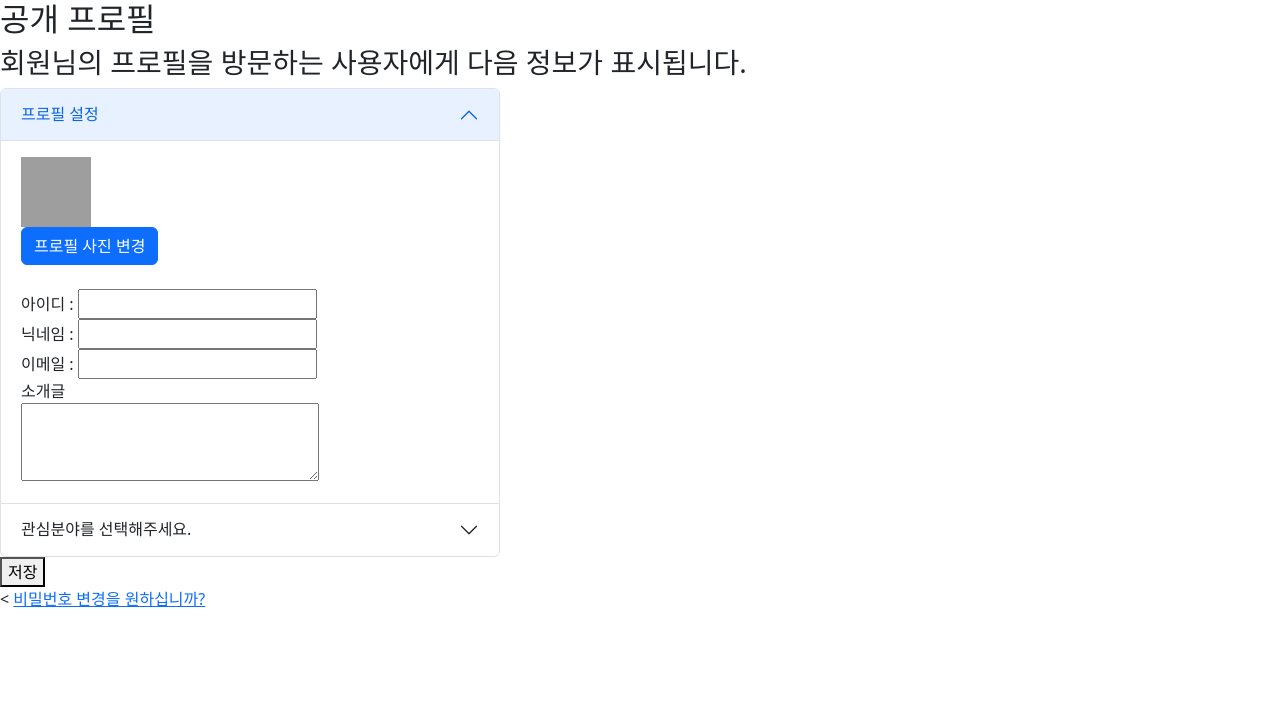
Repository: novemberjj/projects
Page: http://localhost/markup/WEB-INF/views/user/modify.jsp
These files come from the project's save history. The page is drawn as it stood at one moment and after the next save; the edit follows.
The browser window is 1280 px wide. The pictures show the whole page.
Pictures or frames that could not be fetched are drawn as grey boxes. Some web fonts or font styles are not loaded; a fallback is used. The page is served by Tomcat 9. Nobody is signed in. Other server files are loaded and not shown. The template is opened directly, without the code that normally fills it, so the values that code supplies are empty.

Above is the page before, as saved 2023-07-19 05:50:42.

### project2/_spring_team8/_spring_team8/markup/src/main/webapp/WEB-INF/views/user/modify.jsp
<%@ page language="java" contentType="text/html; charset=UTF-8" pageEncoding="UTF-8"%>
<!DOCTYPE html>
<html>
<head>
<meta charset="UTF-8">
<title>Insert title here</title>
<link href="https://cdn.jsdelivr.net/npm/bootstrap@5.2.3/dist/css/bootstrap.min.css" rel="stylesheet"
	integrity="sha384-rbsA2VBKQhggwzxH7pPCaAqO46MgnOM80zW1RWuH61DGLwZJEdK2Kadq2F9CUG65" crossorigin="anonymous">
<link rel="stylesheet" href="https://fonts.googleapis.com/css2?family=Material+Symbols+Outlined:opsz,wght,FILL,GRAD@48,400,0,0" />
</head>
<body>

<script
	src="https://cdn.jsdelivr.net/npm/bootstrap@5.2.3/dist/js/bootstrap.bundle.min.js"
	integrity="sha384-kenU1KFdBIe4zVF0s0G1M5b4hcpxyD9F7jL+jjXkk+Q2h455rYXK/7HAuoJl+0I4"
	crossorigin="anonymous"></script>
<div class="joinbox">
<h2>공개 프로필</h2>
<h3>회원님의 프로필을 방문하는 사용자에게 다음 정보가 표시됩니다.</h3>
<form action="/member/modify" method="post" enctype="multipart/form-data">
	<div style="width: 500px;">
		<div class="accordion" id="accordionPanelsStayOpenExample">
			<div class="accordion-item">
				<h2 class="accordion-header" id="panelsStayOpen-headingOne">
					<button class="accordion-button" type="button" data-bs-toggle="collapse"
						data-bs-target="#panelsStayOpen-collapseOne" aria-expanded="true"
						aria-controls="panelsStayOpen-collapseOne">프로필 설정</button>
				</h2>
				<div id="panelsStayOpen-collapseOne" class="accordion-collapse collapse show"
					aria-labelledby="panelsStayOpen-headingOne">
					<div class="accordion-body">
					    <!-- Modal -->
					    <div class="modal fade hidePrevented.bs.modal" id="staticBackdrop" data-bs-backdrop="static" data-bs-keyboard="false" tabindex="-1" aria-labelledby="staticBackdropLabel" aria-hidden="true">
					        <div class="modal-dialog modal-dialog-centered">
					            <div class="modal-content">
					                <div class="modal-header">
					                    <h1 class="modal-title fs-5" id="staticBackdropLabel">프로필 사진 변경</h1>
					                    <button type="button" class="btn-close" data-bs-dismiss="modal" aria-label="Close"></button>
					                </div>
					                <div class="modal-body">
					                    <div id="choiceImg">
					                        <img class="profile_img" src="/resources/images/profile/zombie.png" style="width: 70px; height: 70px" onclick="showPreview('/resources/images/profile/zombie.png')">
					                        <img class="profile_img" src="/resources/images/profile/villager.png" style="width: 70px; height: 70px" onclick="showPreview('/resources/images/profile/villager.png')">
					                        <img class="profile_img" src="/resources/images/profile/enderman.jpg" style="width: 70px; height: 70px" onclick="showPreview('/resources/images/profile/enderman.jpg')">
					                        <img class="profile_img" src="/resources/images/profile/pig.jpg" style="width: 70px; height: 70px" onclick="showPreview('/resources/images/profile/pig.jpg')">
					                        <img class="profile_img" src="/resources/images/profile/steve.jpg" style="width: 70px; height: 70px" onclick="showPreview('/resources/images/profile/steve.jpg')">
					                        <img id="mypic" src="/resources/images/profile/mypic.PNG" alt="Preview" style="width: 70px; height: 70px">
					                        <input type="file" name="img" id="file" accept="image/png, image/jpg, image/jpeg, image/bmp, image/gif" style="display: none" onchange="previewImage(this)">
					                    </div>
					                </div>
					            </div>
					        </div>
					    </div>
					    <img alt="" src="/upload/profile/${uvo.imgFile }" style="width: 70px; height: 70px;" id="preview"> <br>
					    <!-- Button trigger modal -->
					    <button type="button" class="btn btn-primary" data-bs-toggle="modal" data-bs-target="#staticBackdrop" id="close">프로필 사진 변경</button>
					    <div id="previewbox"></div>
					    <input type="file" name="img" style="display: none"> <br>
					    아이디 : <input type="text" name="id" value="${uvo.id }" readonly="readonly"> <br>
					    닉네임 : <input type="text" name="name" value="${uvo.name }"> <br>
					    이메일 : <input type="email" name="email" value="${uvo.email }"> <br>
					    소개글 <br>
					    <textarea rows="3" cols="30" name="ucontent">${uvo.ucontent }</textarea>
					</div>

				</div>
			</div>
			<div class="accordion-item">
				<h2 class="accordion-header" id="panelsStayOpen-headingTwo">
					<button class="accordion-button collapsed" type="button"
						data-bs-toggle="collapse"
						data-bs-target="#panelsStayOpen-collapseTwo" aria-expanded="false"
						aria-controls="panelsStayOpen-collapseTwo">관심분야를 선택해주세요.</button>
				</h2>
				<div id="panelsStayOpen-collapseTwo" class="accordion-collapse collapse" aria-labelledby="panelsStayOpen-headingTwo">
				    <div class="accordion-body">
				        <input type="checkbox" value="광물" name="utag" ${uvo.utag.contains("광물") ? "checked" : ""}>광물
				        <input type="checkbox" value="pvp" name="utag" ${uvo.utag.contains("pvp") ? "checked" : ""}>pvp
				        <input type="checkbox" value="야생" name="utag" ${uvo.utag.contains("야생") ? "checked" : ""}>야생
				        <input type="checkbox" value="건축" name="utag" ${uvo.utag.contains("건축") ? "checked" : ""}>건축
				        <input type="checkbox" value="모드" name="utag" ${uvo.utag.contains("모드") ? "checked" : ""}>모드
				        <br>
				        <input type="checkbox" value="플러그인" name="utag" ${uvo.utag.contains("플러그인") ? "checked" : ""}>플러그인
				        <input type="checkbox" value="스킨" name="utag" ${uvo.utag.contains("스킨") ? "checked" : ""}>스킨
				        <input type="checkbox" value="텍스쳐팩" name="utag" ${uvo.utag.contains("텍스쳐팩") ? "checked" : ""}>텍스쳐팩
				        <input type="checkbox" value="쉐이더" name="utag" ${uvo.utag.contains("쉐이더") ? "checked" : ""}>쉐이더
				        <input type="checkbox" value="귀여운 사진" name="utag" ${uvo.utag.contains("귀여운 사진") ? "checked" : ""}>귀여운 사진
				    </div>
				</div>
			</div>
		</div>
	</div>

<button type="submit">저장</button>
</form>
</div>

<<div class="modal fade hidePrevented.bs.modal" id="exampleModal" data-bs-backdrop="static" tabindex="-1" aria-labelledby="exampleModalLabel" aria-hidden="true">
    <div class="modal-dialog">
        <div class="modal-content">
            <div class="modal-header">
                <h1 class="modal-title fs-5" id="exampleModalLabel">비밀번호 변경</h1>
                <button type="button" class="btn-close" data-bs-dismiss="modal" aria-label="Close"></button>
            </div>
            <div class="modal-body">
                <form>
                    <div class="mb-3">
                        <label for="recipient-name" class="col-form-label">기존 비밀번호를 입력해주세요.</label>
                        <input type="hidden" value="${ses.id }" name="id" id="id"> <br>
                        <input type="password" class="form-control" id="oldPw">
                        <button type="button" id="checkBtn">확인</button>
                        <span id="resultMent"></span>
                    </div>
                </form>
            </div>
        </div>
    </div>
</div>


<a href="#" data-bs-toggle="modal" data-bs-target="#exampleModal" data-bs-whatever="@mdo">비밀번호 변경을 원하십니까?</a>

<script type="text/javascript" src="/resources/js/user/userModify.js"></script>

</body>
</html>

### project2/_spring_team8/_spring_team8/markup/src/main/webapp/resources/js/user/userModify.js
async function pwcheckToServer(userData){
try{
    console.log(userData);
    const url='/member/certify';
    const config={
        method:'post',
        headers:{
            'content-type':'application/json; charset=utf-8'
        },
        body:JSON.stringify(userData)
    };
    const resp=await fetch(url, config);
    const result=await resp.text();
    return result;
}catch(err){
    console.log(err);
}
}

document.getElementById('checkBtn').addEventListener('click',()=>{
    userData={
        id: document.getElementById('id').value,
        pw: document.getElementById('oldPw').value

    }
    console.log(userData.id, userData.pw);
    pwcheckToServer(userData).then(result=>{
        if(result>0){
            let li=`<ul><li><span class="material-symbols-outlined">check</span> 비밀번호가 확인되었습니다.</li>`;
            li+=`<li>변경할 비밀번호를 입력해주세요.</li>`;
            li +=`<li id="pwMent"><input type="password" id="newPw" class="form-control newPw"><span id="spanment"></span></li>`;
            li +=`<li>비밀번호 재확인 <input type="password" id="pwCheck" class="form-control pwCheck"><span id="checkment"></span></li>`;
            li+=`<button type="button" class="changeBtn" disabled="disabled">변경</button></li></ul>`;
            document.getElementById('resultMent').innerHTML=li;
        }else{
            document.getElementById('resultMent').innerHTML=`비밀번호가 맞지않습니다.`;
        }
    })
})


// 이벤트 위임: 상위 요소에 이벤트를 등록하고 동적으로 생성된 요소에서 실제 이벤트 처리
// document.getElementById('resultMent').addEventListener('input', function(event) {
//     if (event.target.id === 'newPw') {
//       const password = event.target.value;
//       const regex = /^(?=.*[A-Za-z])(?=.*\d)(?=.*[!@#$%^*+=-])[A-Za-z\d!@#$%^*+=-]{8,}$/;

//       if (regex.test(password)) {
//         // 비밀번호가 조건을 충족할 경우 실행할 코드
//         document.getElementById('spanment').innerText='';
//       } else {
//         document.getElementById('spanment').innerText= '비밀번호는 영어, 숫자, 특수문자(!,@,#,$,%,^,*,+,=,-)를 포함한 8자 이상이어야 합니다.';
//       }
//     }
//     if(event.target.id==='pwCheck'){
//       const password=event.target.value;
//       const newPw=

//     }
//   });

let isNewPw; // 값을 저장할 변수

document.addEventListener('input', (e) => {
  document.querySelector('.changeBtn').disabled=true;
  if (e.target.classList.contains('newPw')) {
    const password = e.target.value;
    const regex = /^(?=.*[A-Za-z])(?=.*\d)(?=.*[!@#$%^*+=-])[A-Za-z\d!@#$%^*+=-]{8,}$/;

    if (regex.test(password)) {
      isNewPw = password; // 조건을 충족하는 경우 변수에 값을 저장
      document.getElementById('spanment').innerText = '';
    } else {
      document.getElementById('spanment').innerText = '비밀번호는 영어, 숫자, 특수문자(!,@,#,$,%,^,*,+,=,-)를 포함한 8자 이상이어야 합니다.';
    }
  }

  if (e.target.classList.contains('pwCheck')) {
    const checkpassword = e.target.value;

      // 첫 번째 조건을 충족하는 경우에만 실행
      if (checkpassword === isNewPw) {
        document.getElementById('checkment').innerText = '비밀번호가 일치합니다.';
        document.querySelector('.changeBtn').disabled=false;
      } else {
        document.getElementById('checkment').innerText = '비밀번호가 일치하지 않습니다.';
      }

  }
});



document.addEventListener('click',(e)=>{
    if(e.target.classList.contains('changeBtn')){
        const pw=document.getElementById('newPw').value;
        const oldPw=document.getElementById('oldPw').value;
        if(pw==oldPw){
            alert('기존의 비밀번호로는 변경할 수 없습니다.');
            return;
        }

        userData={
            id : document.getElementById('id').value,
            pw: document.getElementById('newPw').value
        };
        editPwToServer(userData).then(result=>{
            if(result>0){
                alert('비밀번호 변경이 완료되었습니다. 다시 로그인해주세요.');
                //세션끊기
                window.location.href = 'logout';
            }
        })
    }
})

function logout() {
    // 세션을 끊는 로직을 여기에 구현
    // 예를 들어, 로그아웃 API를 호출하거나 세션 관련 정보를 삭제하는 등의 작업을 수행

    // 세션을 끊은 후 로그인 페이지로 이동
    window.location.href = 'home';
}

async function editPwToServer(userData){
    try{
        const url='/member/';
        const config={
            method:'put',
            headers:{
                'content-type':'application/json; charset=utf-8'
            },
            body:JSON.stringify(userData)
        };
        const resp=await fetch(url, config);
        const result=await resp.text();
        return result;
    }catch(err){
        console.log(err);
    }
}



document.addEventListener('click', (e) => {
    if (e.target.classList.contains('profile_img')) {
      var url = e.target.src;
      var startIndex = url.indexOf("/resources/");
      var imgUrl = url.substring(startIndex);
        console.log(imgUrl);
      var xhr = new XMLHttpRequest();
      xhr.open('GET', imgUrl, true);
      xhr.responseType = 'blob';

      xhr.onload = function(e) {
        if (this.status == 200) {
          var blob = this.response;
          var filename = imgUrl.substring(imgUrl.lastIndexOf("/") + 1);
          var file = new File([blob], filename, { type: blob.type });

          var input = document.getElementById('file');
          var fileInput = new DataTransfer();
          fileInput.items.add(file);
          input.files = fileInput.files;
          console.log(input.files);
        }
      };

      xhr.send();
    }
  });

  document.getElementById('mypic').addEventListener('click',()=>{
    document.getElementById('file').click();
  })

  const myModal = document.getElementById('myModal')
  const myInput = document.getElementById('myInput')

  // myModal.addEventListener('shown.bs.modal', () => {
  //   myInput.focus()
  // })

  function showPreview(imageSrc) {
    document.getElementById('preview').src=imageSrc;
   document.getElementById('close').click(); // 모달 창 닫기
  }


  function previewImage(input) {
    if (input.files && input.files[0]) {
      var reader = new FileReader();
      reader.onload = function (e) {
        console.log(e.target.result);
        document.getElementById('preview').src = e.target.result;
        document.getElementById('close').click(); // 모달 창 닫기
      };
      reader.readAsDataURL(input.files[0]);
    }

  }

### project2/_spring_team8/_spring_team8/markup/src/main/webapp/resources/css/user/userModify.css
@charset "UTF-8";
@font-face {
    font-family: "galmuri";
    src: url("/resources/fonts/Galmuri9.ttf") format("truetype");
  }
  @font-face {
    font-family: "stardust";
    src: url("/resources/fonts/PF스타더스트.ttf") format("truetype");
  }

body {
    font-family: "stardust", sans-serif;
    font-size: 16px;
    font-weight: 600;
    position: relative;
  height: 100vh;
  margin: 0;
  padding: 0;

  }

  .joinbox{
    background-color: gray;
    width: 600px;
    position: absolute;
  left: 50%;
    top: 50%;
    transform: translate(-50%,-50%);

   display: flex;
    flex-direction: column;
    align-items: center;
    justify-content: center;
  }

  .jointitle{
    float: left;
    width: 100px;
    margin-left: 30px;

  }

  .boxbox{
   margin-bottom: 10px;
  }

  .imgbox{
    margin-top: 20px;
    width: 150px;
    height: 150px;
    background-color:rgba(173, 216, 230, 0.712);
    text-align: center;
    position: relative;
    left: 50%;
    transform: translateX(-50%);
    border-radius: 10px 10px 10px 10px;
    margin-bottom: 20px;

  }

  #previewbox{
    margin-bottom: 10px;
  }

  .profile_img{
    margin-right: 15px;
    width: 80px;
    height: 80px;
  }

  #preview{
    margin-top: 10px;
    width: 80px;
    height: 80px;
  }

  #choiceImg{
    width: 600px;
    position: relative;
    left: 50%;
    transform: translate(-50%);
  }

  #mypic{
    border: 1ps solid black;
    width: 80px;
    height: 80px;
  }

  .profileBtn{
    margin-bottom: 10px;
  }

  .tagbox{
    margin-top: 20px;
    margin-bottom: 20px;
    line-height: 40px;
  }

  .tagbox > label{
    width: 90px;

  }

  .tagbox > label> input{
    margin-right: 5px;
  }

  #formBtn{
    position: relative;
    left: 50%;
    transform: translateX(-50%);
    margin-top: 30px;
    margin-bottom: 30px;
  }

  .pwchangeBtn{
    margin-bottom: 30px;
  }
  .pwchangeBtn > a{

    font-size: 18px;
    color: white;

  }

  .pwchangeBtn > a:hover{

    font-size: 18px;
    color: black;

  }

After the next save:
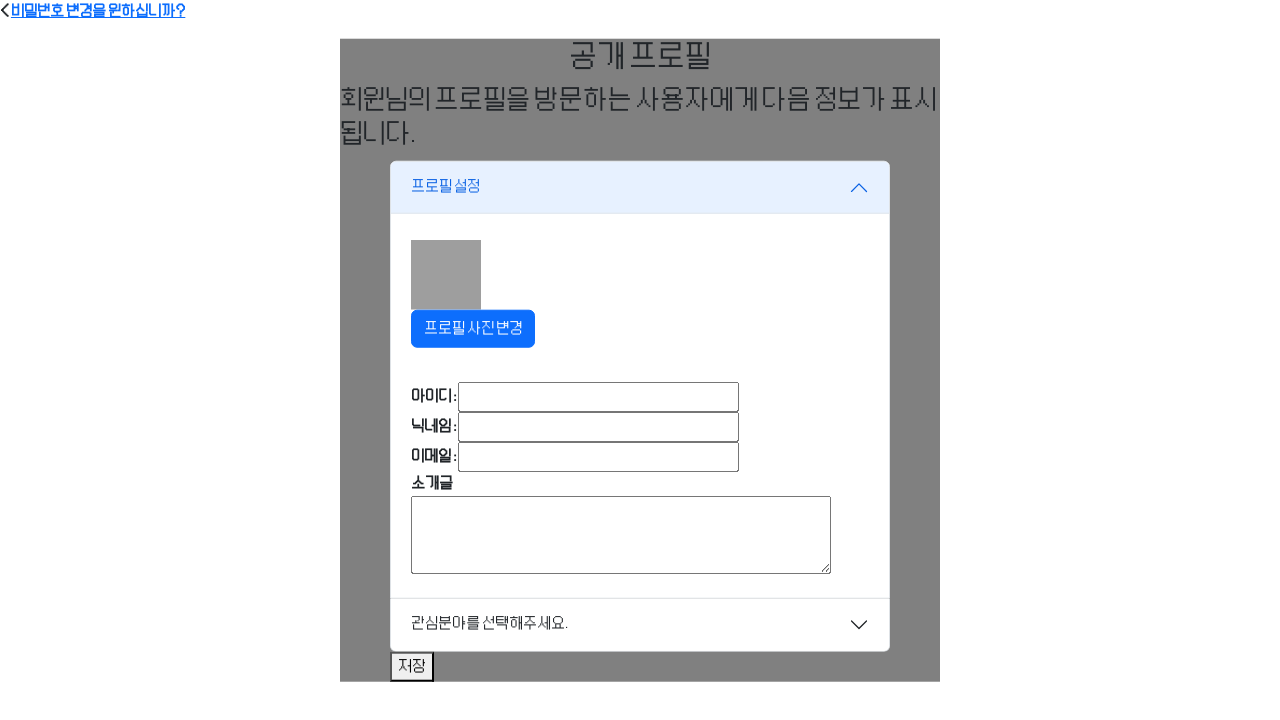
Saved 2 min 1 s later.
--- a/project2/_spring_team8/_spring_team8/markup/src/main/webapp/WEB-INF/views/user/modify.jsp
+++ b/project2/_spring_team8/_spring_team8/markup/src/main/webapp/WEB-INF/views/user/modify.jsp
@@ -7,6 +7,7 @@
 <link href="https://cdn.jsdelivr.net/npm/bootstrap@5.2.3/dist/css/bootstrap.min.css" rel="stylesheet"
 	integrity="sha384-rbsA2VBKQhggwzxH7pPCaAqO46MgnOM80zW1RWuH61DGLwZJEdK2Kadq2F9CUG65" crossorigin="anonymous">
 <link rel="stylesheet" href="https://fonts.googleapis.com/css2?family=Material+Symbols+Outlined:opsz,wght,FILL,GRAD@48,400,0,0" />
+<link href="../../resources/css/user/userModify.css" rel="stylesheet">
 </head>
 <body>
 
